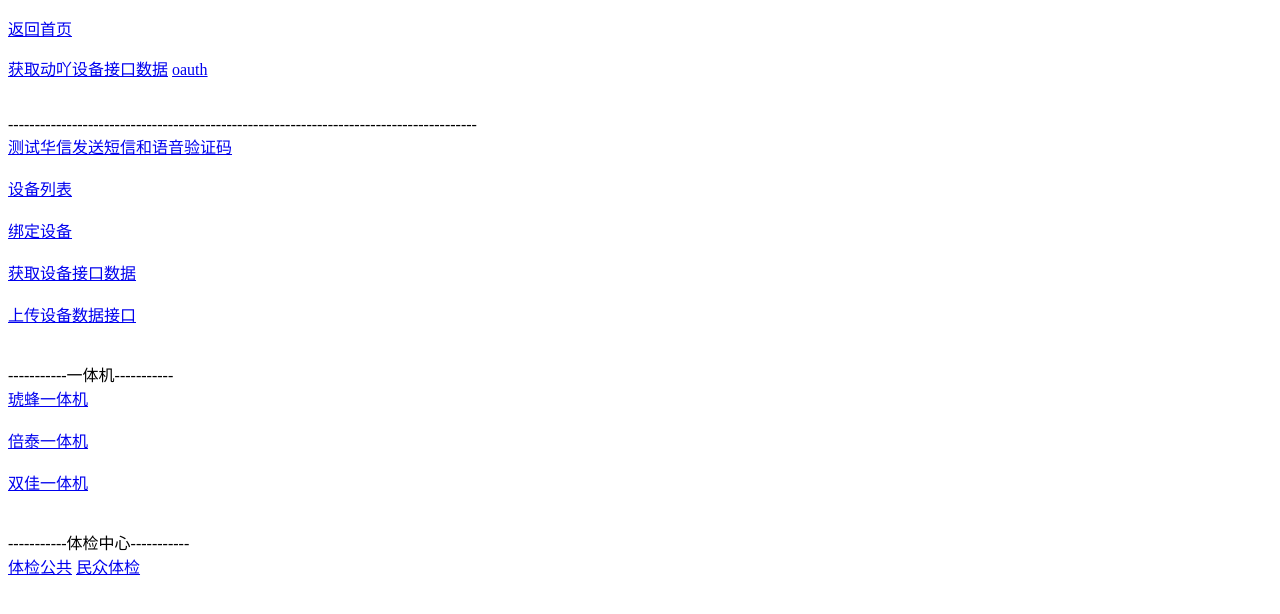
Repository: cyoung0731/ubuntu-dev-bak
Page: eclipse-workspace/haha/src/main/webapp/page/test/dongya/dongya_index.html
The author's editor kept a copy of each file at every save. The page is drawn from the files as they stood at one save, then again after a run of saves.
The browser window is 1280 px wide. The pictures show the whole page.

Above is the page before, as saved 2016-11-25 07:14:11.

After the next 2 saves:
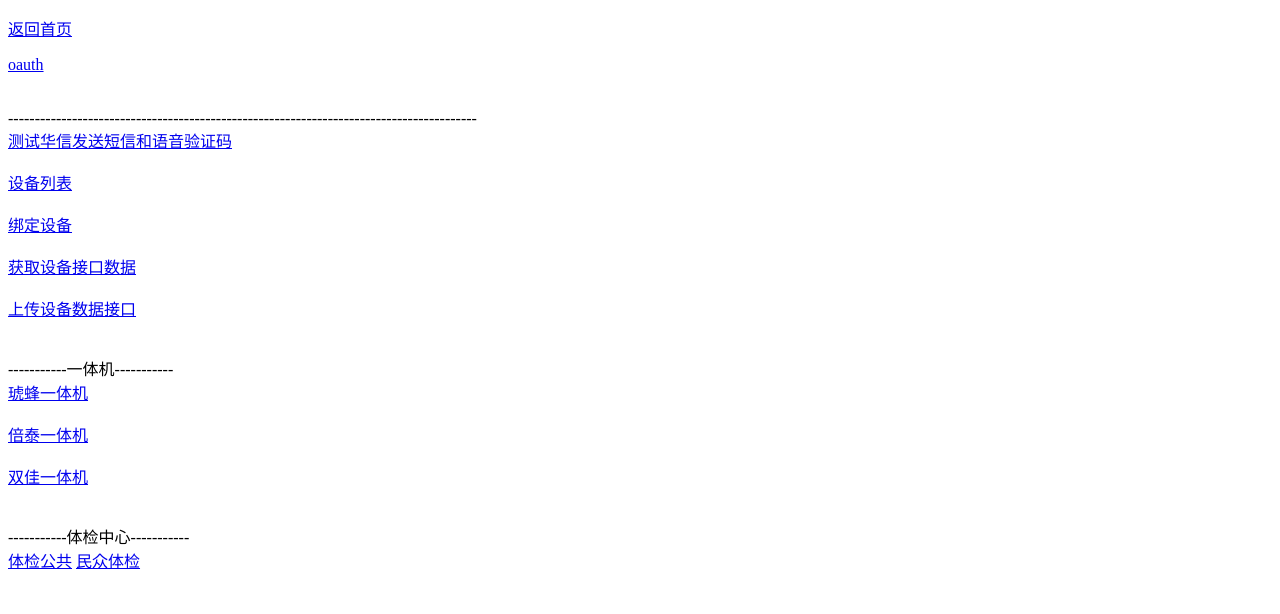
The 2 saves are shown as one change because they came seconds apart.
The last was saved 6 s later.
--- a/eclipse-workspace/haha/src/main/webapp/page/test/dongya/dongya_index.html
+++ b/eclipse-workspace/haha/src/main/webapp/page/test/dongya/dongya_index.html
@@ -17,10 +17,7 @@
 
 <div>
     <p><a href="/haha/index.html">返回首页</a></p>
-
-    <a href="/haha/page/test/dongya/dongya_get_device_data.html">获取动吖设备接口数据</a>
-    <a href="/haha/page/test/dongya/oauth/oauth.html">oauth
-    </a>
+    <a href="/haha/page/test/dongya/oauth/oauth.html">oauth</a>
     <br><br>
 
 
